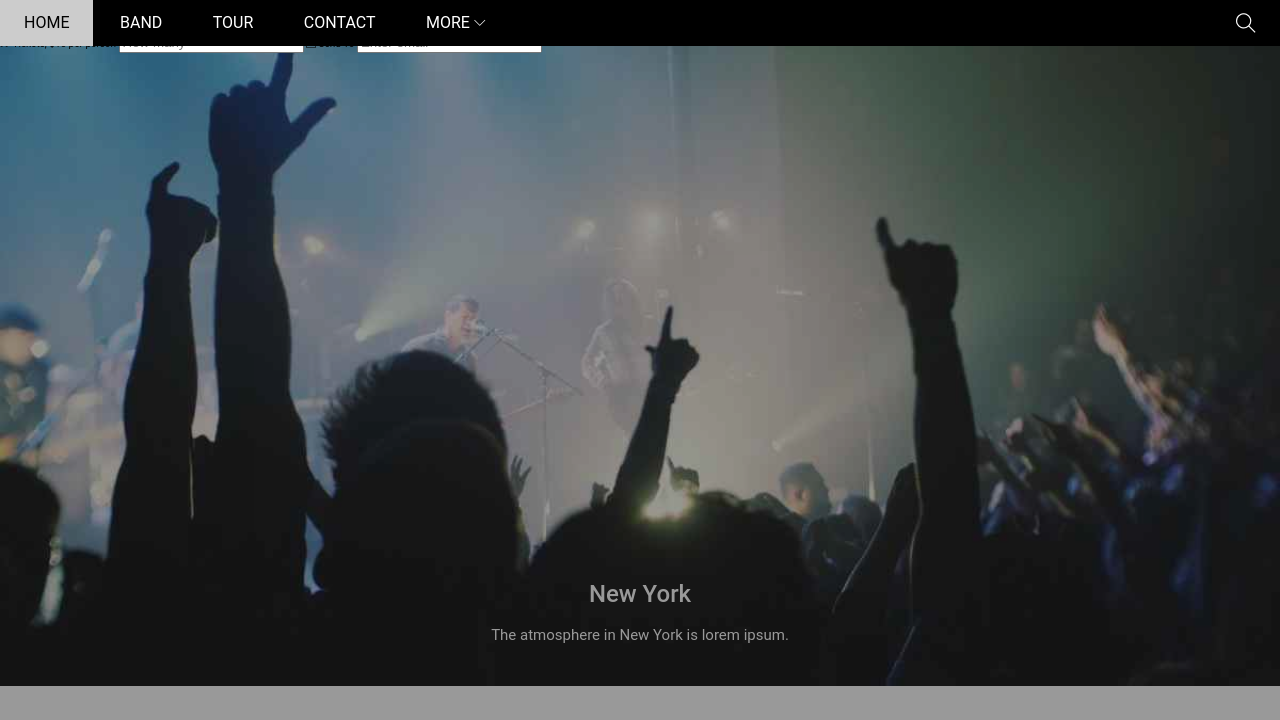
Repository: vuongld315/myLandingPage
Page: index.html
These files come from the project's save history. The page is drawn as it stood at one moment and after a run of saves; the edit follows.
The browser window is 1280 px wide. The pictures show the window.
A layer covers the whole window, so only the first screen is drawn.

Above is the page before, as saved 2022-07-27 11:22:35.

After the next 2 saves:
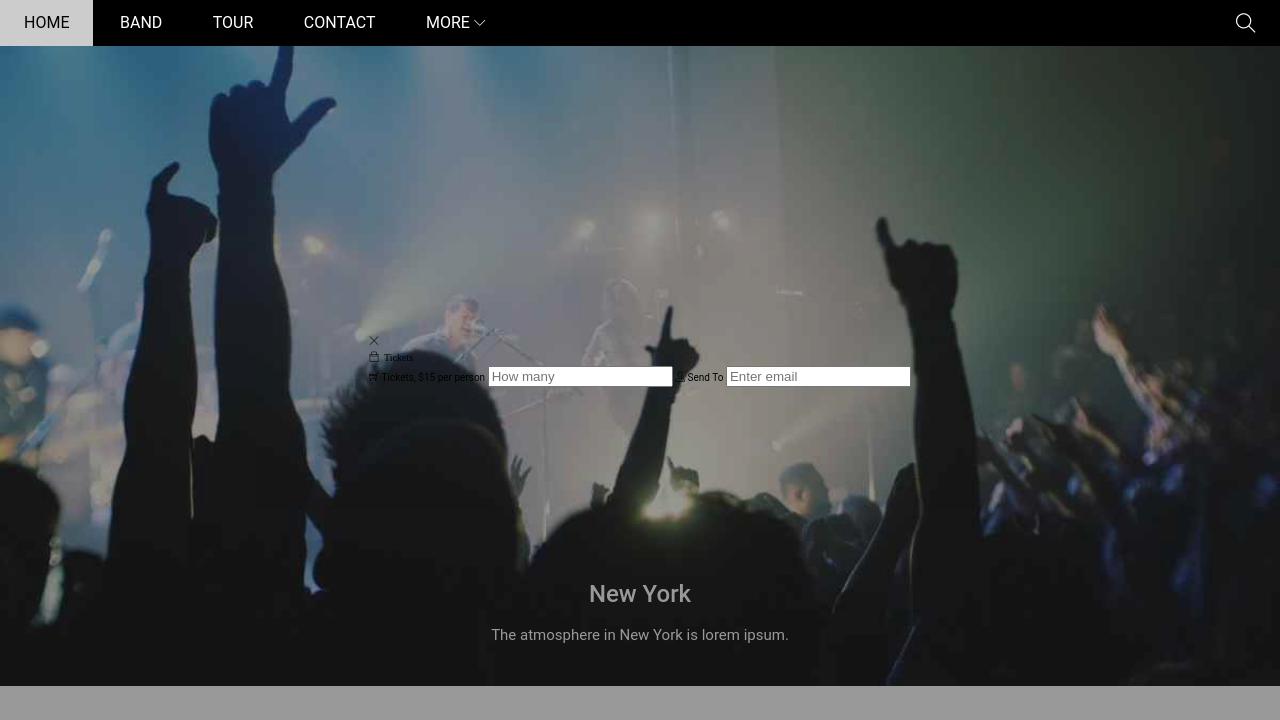
The 2 saves are shown as one change because they came seconds apart.
The last was saved 6 s later.
--- a/assets/css/main.css
+++ b/assets/css/main.css
@@ -273,7 +273,8 @@ body    {
     right: 0;
     background-color: rgba(0 ,0 ,0 , .4);
     display: flex;
-    justify-content: ;
+    justify-content: center;
+    align-items: center;
 }
 
 
